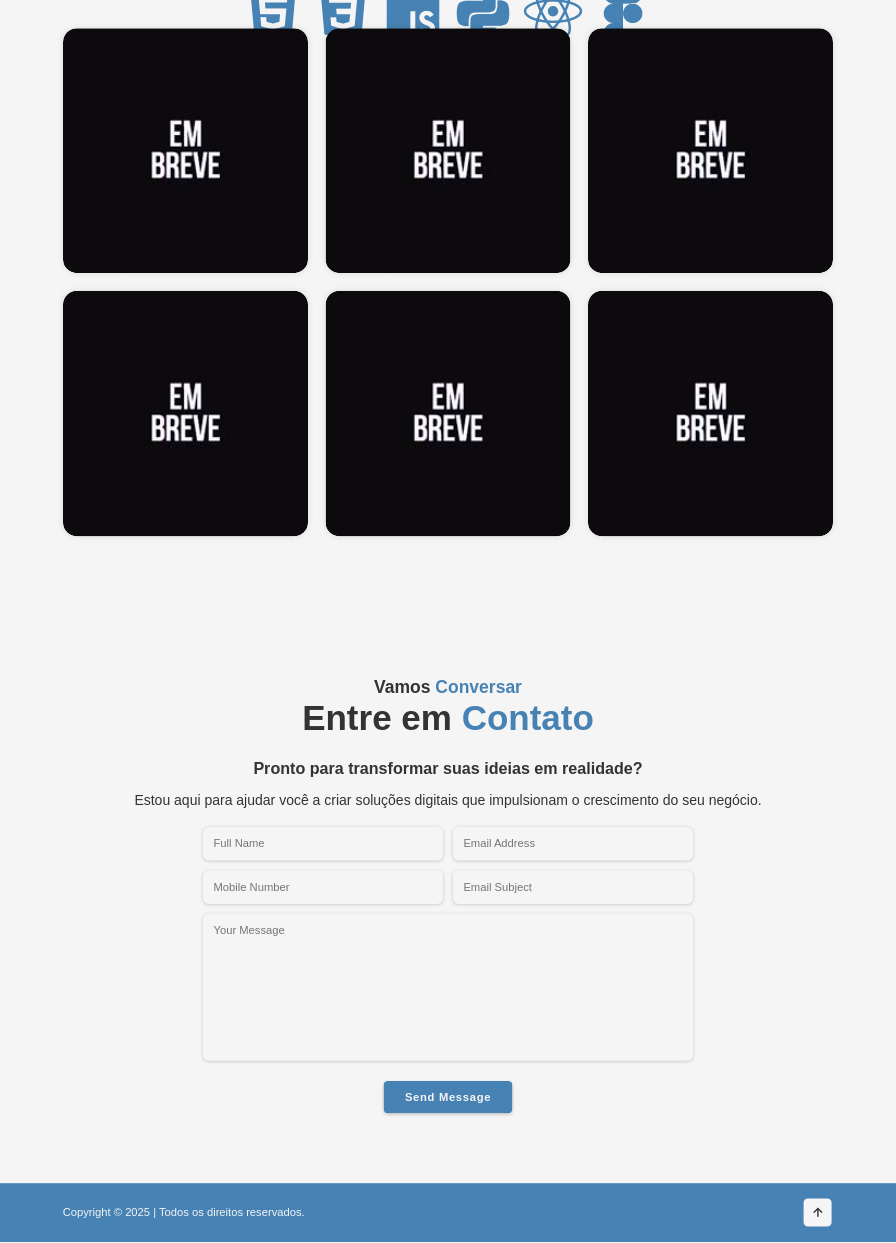
Repository: AliciaKathleen/portfolio-2025
Page: index.html
An editor plug-in stored every save of this project. The page is shown before and after the next save, followed by the edit.
The browser window is 1280 px wide. The pictures show the part of the page from y = 2545 to 4465 px (the page is 4320 px tall before and 4465 px after), at 70% of full size.

Above is the page before, as saved 2025-01-27 18:17:02.
Console error: TypeError: Cannot read properties of null (reading 'classList')

### index.html
<!DOCTYPE html>
<html lang="en">
<head>
    <meta charset="UTF-8">
    <meta http-equiv="X-UA-Compatible" content="IE=edge">
    <meta name="viewport" content="width=device-width, initial-scale=1.0">
    <link rel="stylesheet" href="https://cdn.jsdelivr.net/npm/swiper@9/swiper-bundle.min.css" />
    <link href='https://unpkg.com/boxicons@2.1.4/css/boxicons.min.css' rel='stylesheet'>
    <link rel="stylesheet" href="style.css">
    <title>Alícia Kathleen</title>
</head>
<body>
    <header class="header">
        <a href="#" class="logo">Alícia Kathleen</a>

        <nav class="navbar">
            <a href="#home" class="active">Home</a>
            <a href="#about">Sobre</a>
            <a href="#services">Serviços</a>
            <a href="#portfolio">Projetos</a>
            <a href="#contact">Contato</a>
        </nav>

        <div class="bx bx-moon" id="darkMode-icon"></div>
        <div class="bx bx-menu" id="menu-icon"></div>
    </header>

    <section class="home" id="home">
        <div class="home-content">
            <h3>Olá, eu sou</h3>
            <h1>Alícia Kathleen</h1>
            <p>
                Sou uma desenvolvedora Front-End apaixonada por criar interfaces modernas e funcionais, unindo criatividade e tecnologia para proporcionar experiências digitais únicas. Com uma trajetória inicial no design gráfico, utilizo meu olhar apurado para detalhes e usabilidade para transformar ideias em projetos visuais impactantes. Estou sempre buscando aprender e crescer com novos desafios.
            </p>
            <div class="social-media">
                <a href="#"><i class='bx bxl-linkedin'></i></a>
                <a href="#"><i class='bx bxl-github'></i></a>
            </div>

            <a href="#" class="btn">CURRÍCULO</a>
        </div>

        <div class="profession-container">
            <div class="profession-box">
            </div>
            <div class="overlay"></div>
        </div>

        <div class="home-img">
            <img src="" alt="">
        </div>
    </section>

    <section class="about" id="about">
        <div class="about-img">
            <img src="images/portfolio.jpg" alt="">
        </div>

        <div class="about-content">
            <h2 class="heading">Sobre <span>Mim</span></h2>
            <h3>
                Olá! Seja bem-vindo(a) ao meu portfólio! Sou uma desenvolvedora Front-End apaixonada por criar soluções digitais modernas e funcionais. Amo aprender novas tecnologias, resolver problemas com código e transformar ideias em projetos reais.
            </h3>
            <p>
                Aqui você vai encontrar alguns dos meus trabalhos, além de conhecer um pouco mais sobre minha trajetória no desenvolvimento web. Estou sempre em busca de novos desafios e oportunidades para crescer e evoluir como profissional.
            </p>
            <p>
                Sinta-se à vontade para explorar meu portfólio!
            </p>
        </div>
    </section>

    <section class="services" id="services">
        <h2 class="heading">Explore Meus <span>Trabalhos</span></h2>
        <div class="services-container">
            <div class="services-box">
                <i class='bx bx-code-alt'></i>
                <h3>Soluções Web Modernas</h3>
                <p>Criação de sites únicos e otimizados, que unem design moderno e funcionalidade para atender às suas necessidades e destacar sua marca na web.</p>
            </div>
            <div class="services-box">
                <i class='bx bxs-paint'></i>
                <h3>Design Responsivo</h3>
                <p>Desenvolvo sites que se adaptam perfeitamente a qualquer dispositivo, garantindo acessibilidade e uma navegação fluida para todos os usuários.</p>
            </div>
            <div class="services-box">
                <i class='bx bx-brain'></i>
                <h3>Integração de Apis</h3>
                <p>Integração de APIs para adicionar funcionalidades avançadas ao seu site ou aplicativo, conectando-o a serviços externos de maneira eficiente e sem fricções.</p>
            </div>
            <div class="services-box">
                <i class='bx bx-support'></i>
                <h3>Suporte</h3>
                <p>Ofereço suporte técnico para garantir que seu site esteja sempre atualizado, funcionando perfeitamente e alinhado às suas necessidades.</p>
            </div>
            <div class="services-box">
                <i class='bx bx-objects-vertical-bottom'></i>
                <h3>Estratégias de SEO</h3>
                <p>Técnicas de SEO personalizadas para aumentar a visibilidade do site e atrair mais tráfego qualificado.</p>
            </div>
            <div class="services-box">
                <i class='bx bx-bar-chart-alt'></i>
                <h3>Projetos Escaláveis</h3>
                <p>Desenvolvo soluções web com foco na escalabilidade, garantindo que seu site cresça de acordo com a evolução do seu negócio.

                </p>
            </div>
        </div>
    </section>

    <section class="resume-detail skills" id="skills">
        <h2 class="heading"><span>Skills</span></h2>
        <div class="resume-list">
            <div class="skills-container">
                <p>
                    Com sólidos conhecimentos em HTML, CSS e JavaScript, estou sempre em busca de tecnologias avançadas e boas práticas para oferecer experiências de usuário únicas e funcionais. Tenho experiência com frameworks modernos como React, além de trabalhar com integração de APIs e otimização de desempenho. Sempre em constante evolução, estou sempre aprendendo novas ferramentas e técnicas para melhorar meus projetos e entregar soluções inovadoras.
                </p>
                <div class="resume-items">
                    <div class="resume-item">
                        <i class='bx bxl-html5'></i>
                        <span>HTML</span>
                    </div>
                    <div class="resume-item">
                        <i class='bx bxl-css3'></i>
                        <span>CSS3</span>
                    </div>
                    <div class="resume-item">
                        <i class='bx bxl-javascript'></i>
                        <span>JavaScript</span>
                    </div>
                    <div class="resume-item">
                        <i class='bx bxl-python'></i>
                        <span>Python</span>
                    </div>
                    <div class="resume-item">
                        <i class='bx bxl-react'></i>
                        <span>ReactJS</span>
                    </div>
                    <div class="resume-item">
                        <i class='bx bxl-figma'></i>
                        <span>Figma</span>
                    </div>
                </div>
            </div>
        </div>
    </section>

    <section class="portfolio" id="portfolio">
        <h2 class="heading">Veja soluções reais <br> <span>Projetos</span></h2>

        <div class="portfolio-container">
            <div class="portfolio-box">
                <img src="images/portfolio.jpg" alt="">

                <div class="portfolio-layer">
                    <h4>Web Design</h4>
                    <p>Lorem ipsum dolor sit amet consectetur adipisicing elit. Similique, ipsam est.</p>
                    <a href="#"><i class='bx bx-link-external'></i></a>
                </div>
            </div>
            <div class="portfolio-box">
                <img src="images/portfolio.jpg" alt="">

                <div class="portfolio-layer">
                    <h4>Projeto em construção</h4>
                    <p>Em breve...</p>
                    <a href="#"><i class='bx bx-link-external'></i></a>
                </div>
            </div>
            <div class="portfolio-box">
                <img src="images/portfolio.jpg" alt="">

                <div class="portfolio-layer">
                    <h4>Projeto em construção</h4>
                    <p>Em breve...</p>
                    <a href="#"><i class='bx bx-link-external'></i></a>
                </div>
            </div>
            <div class="portfolio-box">
                <img src="images/portfolio.jpg" alt="">

                <div class="portfolio-layer">
                    <h4>Projeto em construção</h4>
                    <p>Em breve...</p>
                    <a href="#"><i class='bx bx-link-external'></i></a>
                </div>
            </div>
            <div class="portfolio-box">
                <img src="images/portfolio.jpg" alt="">

                <div class="portfolio-layer">
                    <h4>Projeto em construção</h4>
                    <p>Em breve...</p>
                    <a href="#"><i class='bx bx-link-external'></i></a>
                </div>
            </div>
            <div class="portfolio-box">
                <img src="images/portfolio.jpg" alt="">

                <div class="portfolio-layer">
                    <h4>Projeto em construção</h4>
                    <p>Em breve...</p>
                    <a href="#"><i class='bx bx-link-external'></i></a>
                </div>
            </div>
        </div>
    </section>

    <section class="contact" id="contact">
        <h1 class="heading">Vamos <span>Conversar</span></h1>
        <h2 class="heading">Entre em <span>Contato</span></h2>


        <h3 class="heading">Pronto para transformar suas ideias em realidade?</h3>
        <p class="heading">Estou aqui para ajudar você a criar soluções digitais que impulsionam o crescimento do seu negócio.</p>
        <form action="#">
            <div class="input-box">
                <input type="text" placeholder="Full Name">
                <input type="email" placeholder="Email Address">
            </div>
            <div class="input-box">
                <input type="number" placeholder="Mobile Number">
                <input type="text" placeholder="Email Subject">
            </div>
            <textarea name="" id="" cols="30" rows="10" placeholder="Your Message"></textarea>
            <input type="submit" value="Send Message" class="btn">
        </form>
    </section>

    <footer class="footer">
        <div class="footer-text">
            <p>Copyright &copy; 2025 | Todos os direitos reservados.</p>
        </div>

        <div class="footer-iconTop">
            <a href="#home"><i class='bx bx-up-arrow-alt'></i></a>
        </div>
    </footer>

    <script src="https://unpkg.com/scrollreveal"></script>
    <script src="https://cdn.jsdelivr.net/npm/swiper@9/swiper-bundle.min.js"></script>
    <script src="script.js"></script>
</body>
</html>

Loaded but not shown: script.js (67 lines, source omitted); style.css (913 lines, source omitted)

After the next save:
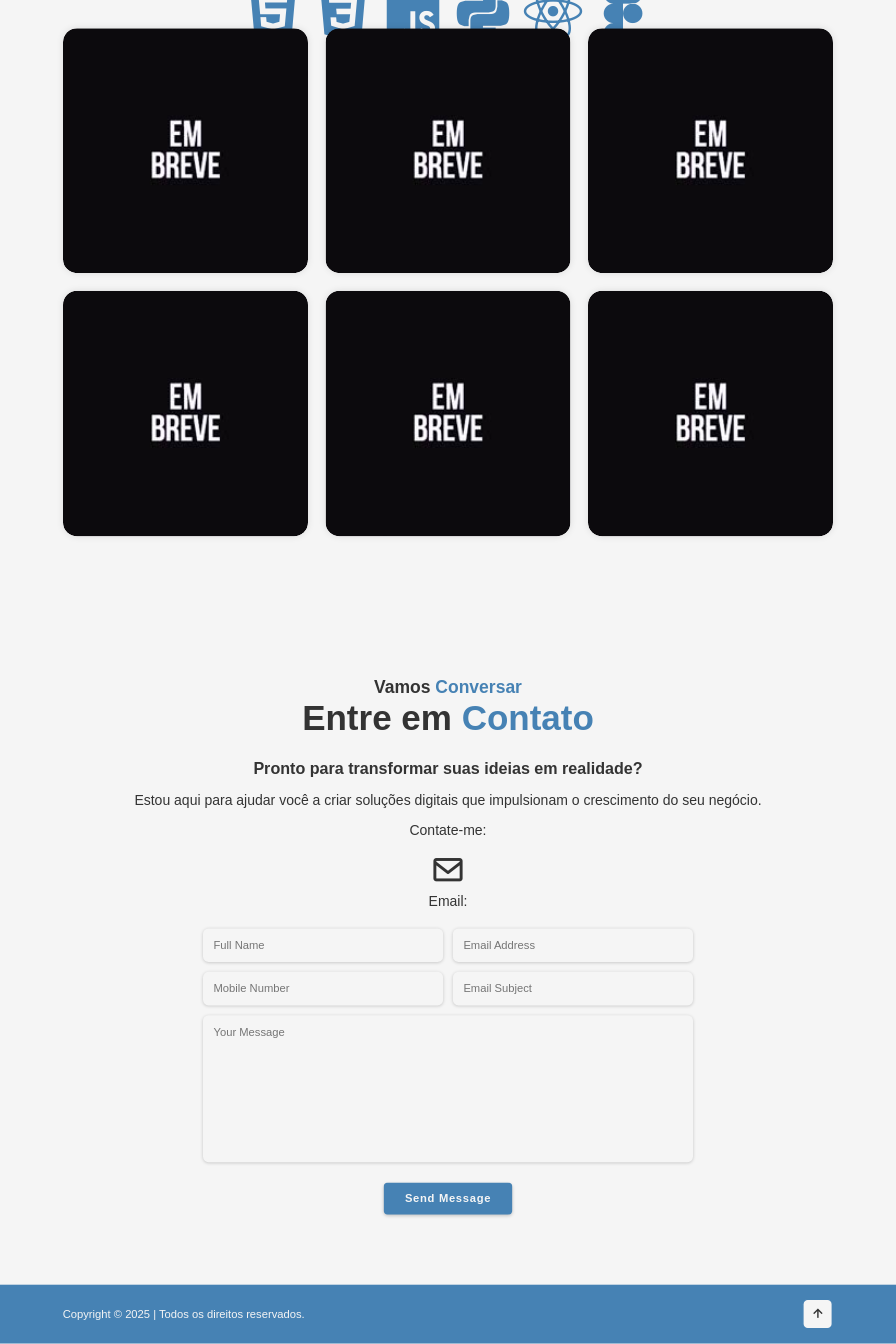
Saved 77 s later.
--- a/index.html
+++ b/index.html
@@ -213,6 +213,13 @@
 
         <h3 class="heading">Pronto para transformar suas ideias em realidade?</h3>
         <p class="heading">Estou aqui para ajudar você a criar soluções digitais que impulsionam o crescimento do seu negócio.</p>
+
+        <p class="heading">Contate-me:</p>
+        <div class="heading">
+            <i class='bx bx-envelope' ></i>
+            <p>Email:</p>
+        </div>
+
         <form action="#">
             <div class="input-box">
                 <input type="text" placeholder="Full Name">
